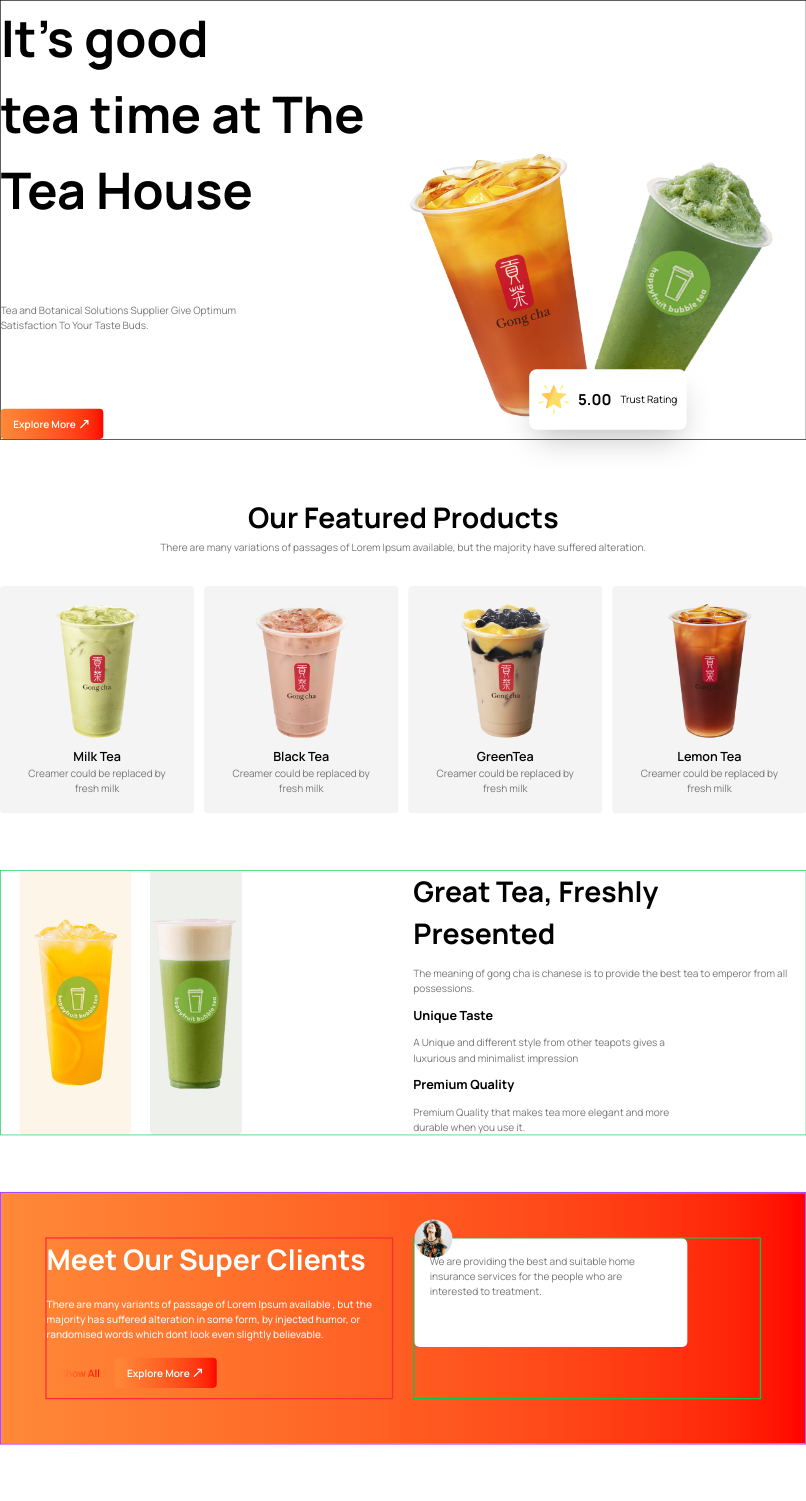
Repository: tanimtanzilislam/Tea-house
Page: index.html
These files come from the project's save history. The page is drawn as it stood at one moment and after the next save; the edit follows.
The browser window is 1280 px wide. The pictures show the whole page, at 63% of full size.
Some web libraries are served in a nearby version.

Above is the page before, as saved 2026-04-10 12:06:43.

### index.html
<!DOCTYPE html>
<html lang="en">
<head>
    <meta charset="UTF-8">
    <meta name="viewport" content="width=device-width, initial-scale=1.0">
    <title>Tea House</title>
    <!-- Tailwind css -->
     <script src="https://cdn.jsdelivr.net/npm/@tailwindcss/browser@4"></script>

     <!-- Google fonts -->
      <link rel="preconnect" href="https://fonts.googleapis.com">
<link rel="preconnect" href="https://fonts.gstatic.com" crossorigin>
<link href="https://fonts.googleapis.com/css2?family=Manrope:wght@200..800&family=Work+Sans:ital,wght@0,100..900;1,100..900&display=swap" rel="stylesheet">

<style>
    *{
        font-family: "Manrope", sans-serif;
    }
</style>

<!-- font awesome cdn -->
<link rel="stylesheet" href="https://cdnjs.cloudflare.com/ajax/libs/font-awesome/7.0.1/css/all.min.css" integrity="sha512-2SwdPD6INVrV/lHTZbO2nodKhrnDdJK9/kg2XD1r9uGqPo1cUbujc+IYdlYdEErWNu69gVcYgdxlmVmzTWnetw==" crossorigin="anonymous" referrerpolicy="no-referrer" />

</head>

<body>

<section class="grid grid-cols-1 md:grid-cols-2 container border mx-auto">
    <div class="banner-left space-y-30">
        <h2 class="text-[80px] font-bold">It's good <br>tea time at The <br> Tea House</h2>
        <p class="text-[#777777]">Tea and Botanical Solutions Supplier Give Optimum <br>Satisfaction To Your Taste Buds.</p>
        <button class="py-3 px-5 rounded-md text-white font-semibold bg-linear-to-r from-[#FF8938] to-[#FF0000]">
            Explore More
            <span class="-rotate-45 inline-block">
                <i class="fa-solid fa-arrow-right-long"></i>
            </span>
        </button>
    </div>

    <div class="banner-right flex justify-end items-end relative">
        <img src="./images/banner.png" alt="">

        <!-- Rating div -->
        <div class="bg-white rounded-xl shadow-2xl flex justify-between items-center gap-2 w-[250px] absolute bottom-[15px] left-[200px] py-[25px] px-[15px]">
            <img src="./images/Group 5.png" alt="">
            <h2 class="font-bold text-2xl">5.00</h2>
            <p>Trust Rating</p>
        </div>
    </div>
</section>

<!-- Featured section -->
<section class="container mx-auto my-[90px]">

    <div class="text-center max-w-[65%] mx-auto mb-[50px]">
        <h2 class="font-bold text-[45px]">Our Featured Products</h2>
        <p class="text-[#777777]">
            There are many variations of passages of Lorem Ipsum available, but the majority have suffered alteration.
        </p>
    </div>

    <div class="featured-card-parent grid grid-cols-1 sm:grid-cols-2 md:grid-cols-4 gap-4">

        <div class="featured-card bg-linear-to-b from-[#f4f4f4] to-[#f4f4f4] p-7 text-center rounded-md">
            <img src="./images/tea-1.png" alt="" class="mx-auto mb-4">
            <h2 class="font-semibold text-xl">Milk Tea</h2>
            <p class="text-[#777777]">Creamer could be replaced by fresh milk</p>
        </div>

        <div class="featured-card bg-linear-to-b from-[#f4f4f4] to-[#f4f4f4] p-7 text-center rounded-md">
            <img src="./images/tea-2.png" alt="" class="mx-auto mb-4">
            <h2 class="font-semibold text-xl">Black Tea</h2>
            <p class="text-[#777777]">Creamer could be replaced by fresh milk</p>
        </div>

        <div class="featured-card bg-linear-to-b from-[#f4f4f4] to-[#f4f4f4] p-7 text-center rounded-md">
            <img src="./images/tea-3.png" alt="" class="mx-auto mb-4">
            <h2 class="font-semibold text-xl">GreenTea</h2>
            <p class="text-[#777777]">Creamer could be replaced by fresh milk</p>
        </div>

        <div class="featured-card bg-linear-to-b from-[#f4f4f4] to-[#f4f4f4] p-7 text-center rounded-md">
            <img src="./images/tea-4.png" alt="" class="mx-auto mb-4">
            <h2 class="font-semibold text-xl">Lemon Tea</h2>
            <p class="text-[#777777]">Creamer could be replaced by fresh milk</p>
        </div>

    </div>
</section>

<!-- Great Tea sections -->
<section class="container mx-auto grid md:grid-cols-2 gap-8 mb-[90px] border border-green-500">

    <div class="great-tea-left flex gap-[30px] grid-cols-2 grid-rows-3">
        <div class="row-span-1 bg-linear-to-r from-[#ff0000] to-[#ff8938] opacity-10 rounded-md"></div>

        <div class="border-red-500 row-span-1 flex justify-center items-center bg-[#e6a6231a] rounded-md">
            <img src="./images/fresh-1.png" alt="">
        </div>

        <div class="border-red-500 row-span-2 flex justify-center items-center bg-[#5776391a] rounded-md">
            <img src="./images/fresh-2.png" alt="">
        </div>

        <div class="border-red-500 rounded-md"></div>
    </div>

    <div class="great-tea-right space-y-4">

        <h2 class="text-[45px] font-bold">Great Tea, Freshly <br>
             Presented</h2>

        <p class="text-[#777777]">
            The meaning of gong cha is chanese is to provide the best tea to emperor from all possessions.
        </p>

        <h2 class="font-bold text-[20px]">Unique Taste</h2>
        <p class="text-[#777777]">
            A Unique and different style from other teapots gives a <br> luxurious and minimalist impression
        </p>

        <h2 class="font-bold text-[20px]">Premium Quality</h2>
        <p class="text-[#777777]">
            Premium Quality that makes tea more elegant and more  <br>
            durable when you use it.
        </p>

    </div>

</section>

<!-- Meet our super client -->


<section   class="container mx-auto grid md:grid-cols-2 gap-8 mb-[90px] border border-green-500  border-2 border-purple-500 bg-gradient-to-r from-[#ff8938] to-[#ff0000] p-[70px] text-white ">


    <div class="meet-our-client-left border-2 border-red-500 text-white space-y-4">
        <h2 class="text-[45px] font-bold"> Meet Our Super Clients</h2>
        <p class="font-[500] text-[#f4f4f4] my-[25px]">There are many variants of passage of Lorem Ipsum available , but the majority has suffered alteration in some form, by injected humor, or randomised words which dont look even slightly believable.</p>

        <button class="py-3 px-5 rounded-md text-white font-semibold bg-linear-to-r from-[#FF8938] to-[#FF0000] bg-clip-text text text-transparent">
          <span  class=" bg-gradient-to-r from-[#ff8938] to-[#ff0000] bg-clip-text text-transparent">  Show All</span>
        </button>

        <button class="py-3 px-5 rounded-md text-white font-semibold bg-linear-to-r from-[#FF8938] to-[#FF0000]">
            Explore More
            <span class="-rotate-45 inline-block">
                <i class="fa-solid fa-arrow-right-long"></i>
            </span>
        </button>
    </div>
    <div  class="meet-our-client-right border-2 border-green-500">

        <div class="bg-white rounded-lg p-6 w-[433px] relative">
            <p class="text-[#777777]">We are providing the best and suitable home insurance services for the people who are interested to treatment.</p>
             <h2 class="font-bold text-xl"> Ilham Yuda </h2>
             <h3  class="text-[#7777777] font-semibold"> Businessman</h3>
             <img src="./images/client.png" alt="" class="absolute  -top-[30px] left-0">
        </div>
    </div>

</section>

</body>
</html>

After the next save:
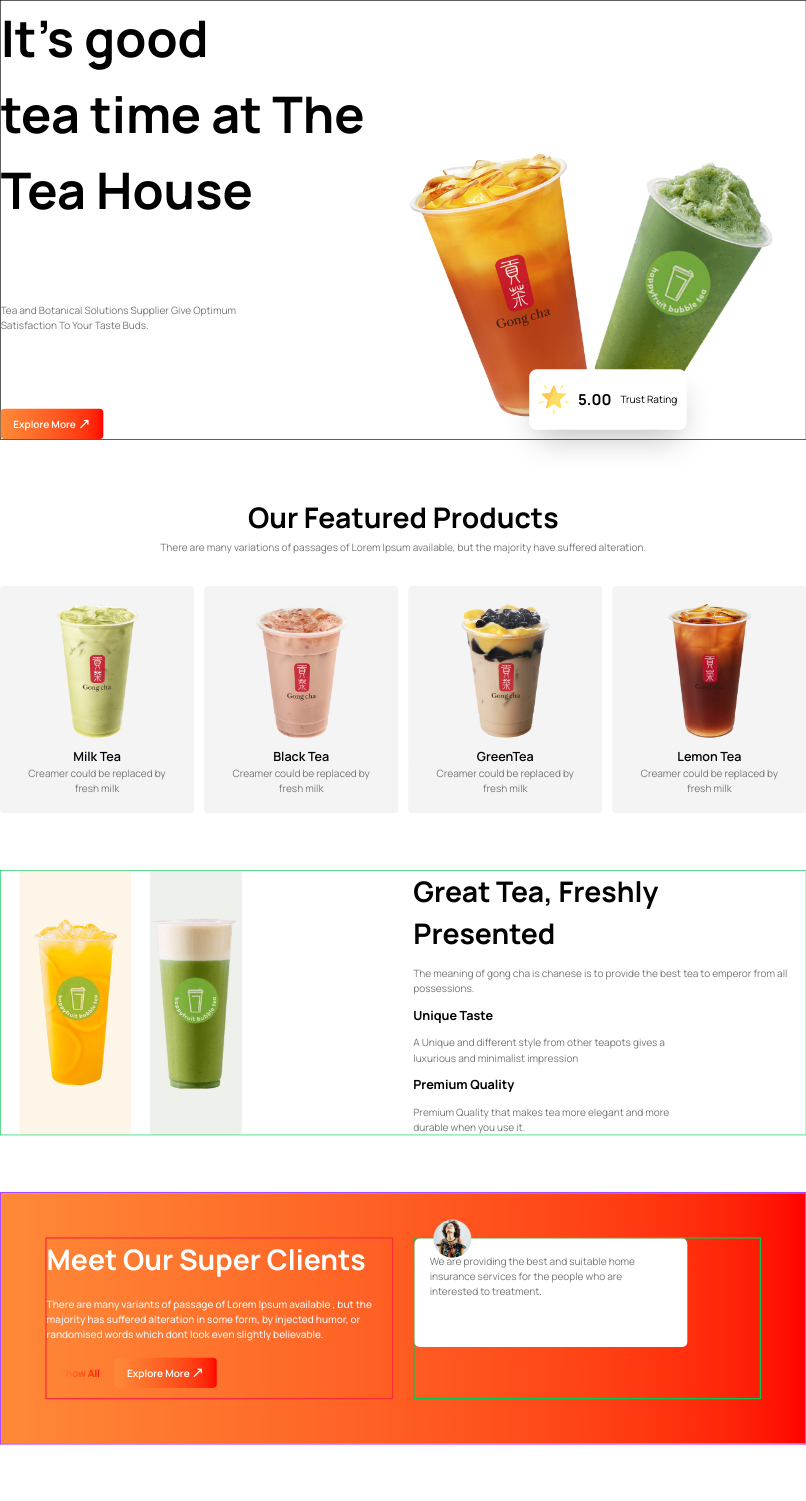
Saved 5 s later.
--- a/index.html
+++ b/index.html
@@ -156,7 +156,7 @@
             <p class="text-[#777777]">We are providing the best and suitable home insurance services for the people who are interested to treatment.</p>
              <h2 class="font-bold text-xl"> Ilham Yuda </h2>
              <h3  class="text-[#7777777] font-semibold"> Businessman</h3>
-             <img src="./images/client.png" alt="" class="absolute  -top-[30px] left-0">
+             <img src="./images/client.png" alt="" class="absolute  -top-[30px] left-[30px]">
         </div>
     </div>
 
